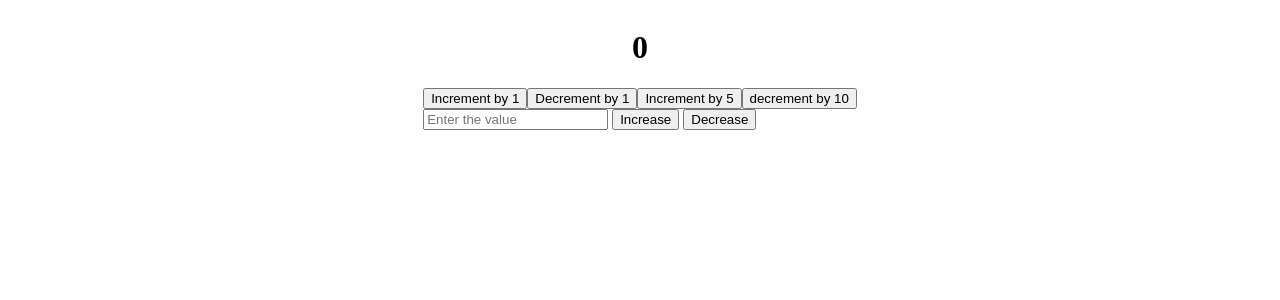
Repository: drumsmanku/micro-project-2
Page: index.html
The author's editor kept a copy of each file at every save. The page is drawn from the files as they stood at one save, then again after the next save.
The browser window is 1280 px wide. The pictures show the whole page.

Above is the page before, as saved 2023-04-07 19:27:52.

### index.html
<!DOCTYPE html>
<html lang="en">
<head>
  <meta charset="UTF-8">
  <meta http-equiv="X-UA-Compatible" content="IE=edge">
  <meta name="viewport" content="width=device-width, initial-scale=1.0">
  <link rel="stylesheet" href="style.css">
  <title>micro Project 2</title>
</head>
<body>
  <div class="my-elements">
    <h1 id="h1-tag">0</h1>
    <div class="second-part">
      <div class="second-first-part">
        <button id="clicked-1">Increment by 1</button>
        <button id="clicked-2">Decrement by 1</button>
        <button id="clicked-3">Increment by 5</button>
        <button id="clicked-4">decrement by 10</button>
      </div>
      <div class="second-second-part">
        <input type="number" name="num" id="num" placeholder="Enter the value">
        <button id="inc-dec-1">Increase</button>
        <button id="inc-dec-2">Decrease</button>
      </div>

    </div>
  </div>
</body>
</html>

### style.css
.my-elements{
  display: flex;
  justify-content: center;
  align-items: center;
  flex-direction: column;
}

.second-part{
  display: flex;
  flex-direction: column;
  flex-wrap: wrap;
  margin: auto;
}

.second-first-part{
  display: flex;
}

After the next save:
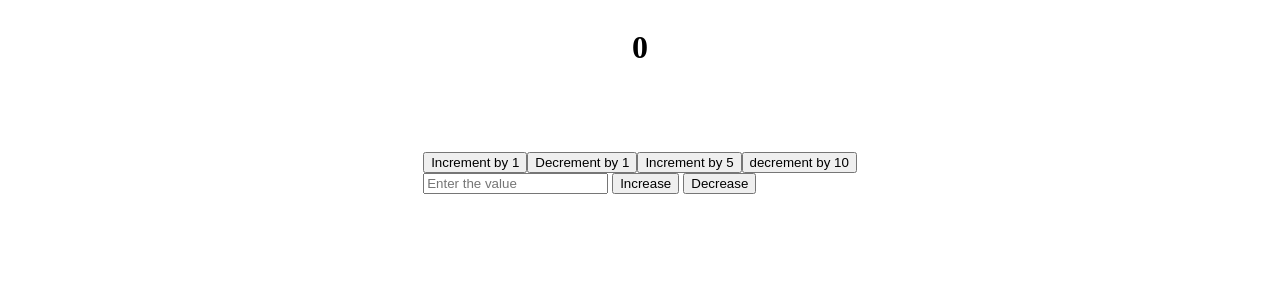
Saved 10 s later.
--- a/style.css
+++ b/style.css
@@ -9,7 +9,7 @@
   display: flex;
   flex-direction: column;
   flex-wrap: wrap;
-  margin: auto;
+  margin-top: 4rem;
 }
 
 .second-first-part{
